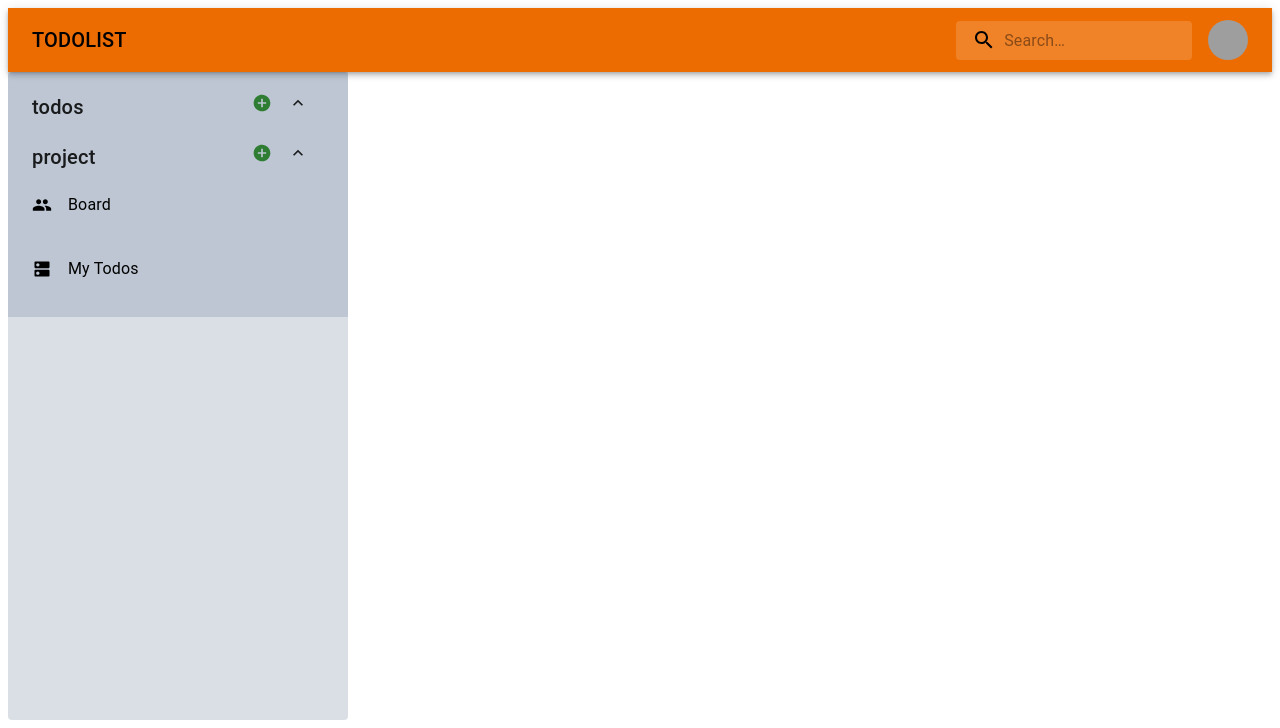
Repository: HrishrathTBS/Trackerbea
Page: / (app in client/)
These files come from the project's save history. The page is drawn as it stood at one moment and after the next save; the edit follows.
The browser window is 1280 px wide. The pictures show the whole page.
Pictures or frames that could not be fetched are drawn as grey boxes. The project was rebuilt for these pictures with package versions that can differ from the ones it lists, and the page was loaded fresh each time. Also part of the build but not shown: client/src/components/TodoList.js, client/src/components/Board.js, client/src/components/ListOfBar.js, client/src/components/MyTodos.js.

Above is the page before, as saved 2022-03-09 16:59:12.

After the next save:
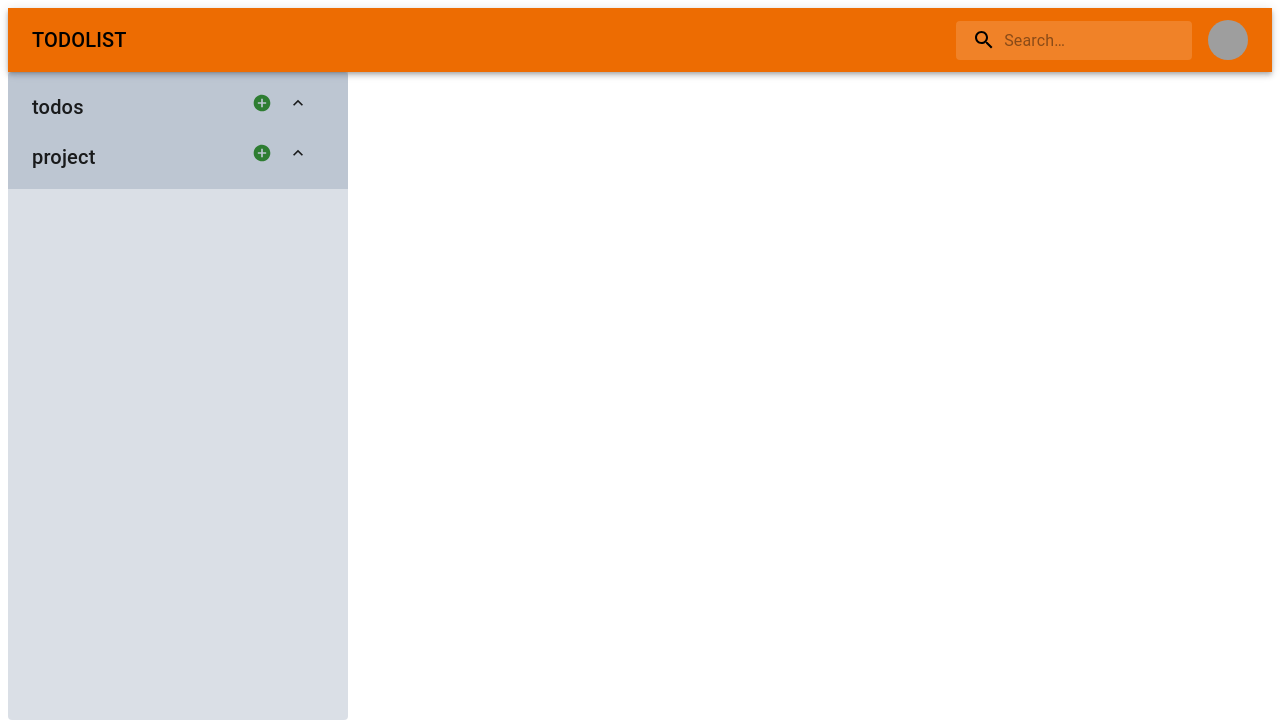
Saved 99 s later.
--- a/client/src/components/SideBar.js
+++ b/client/src/components/SideBar.js
@@ -60,17 +60,6 @@ export default function CustomizedList() {
             >
               <ListItem primary='todos' />
               <ListItem primary='project' />
-              {open &&
-                data.map((item) => (
-                  <ListItemButton key={item.label} sx={{ py: 2, minHeight: 32, color: 'rgba(0,0,0,1)', justifyContent: 'flex-start' }}>
-                    <ListItemIcon sx={{ color: 'inherit' }}>{item.icon}</ListItemIcon>
-                    <ListItemText>
-                      <a href={item.link} style={{ textDecoration: 'none', color: 'black' }}>
-                        {item.label}
-                      </a>
-                    </ListItemText>
-                  </ListItemButton>
-                ))}
             </Box>
           </FireNav>
         </Paper>
